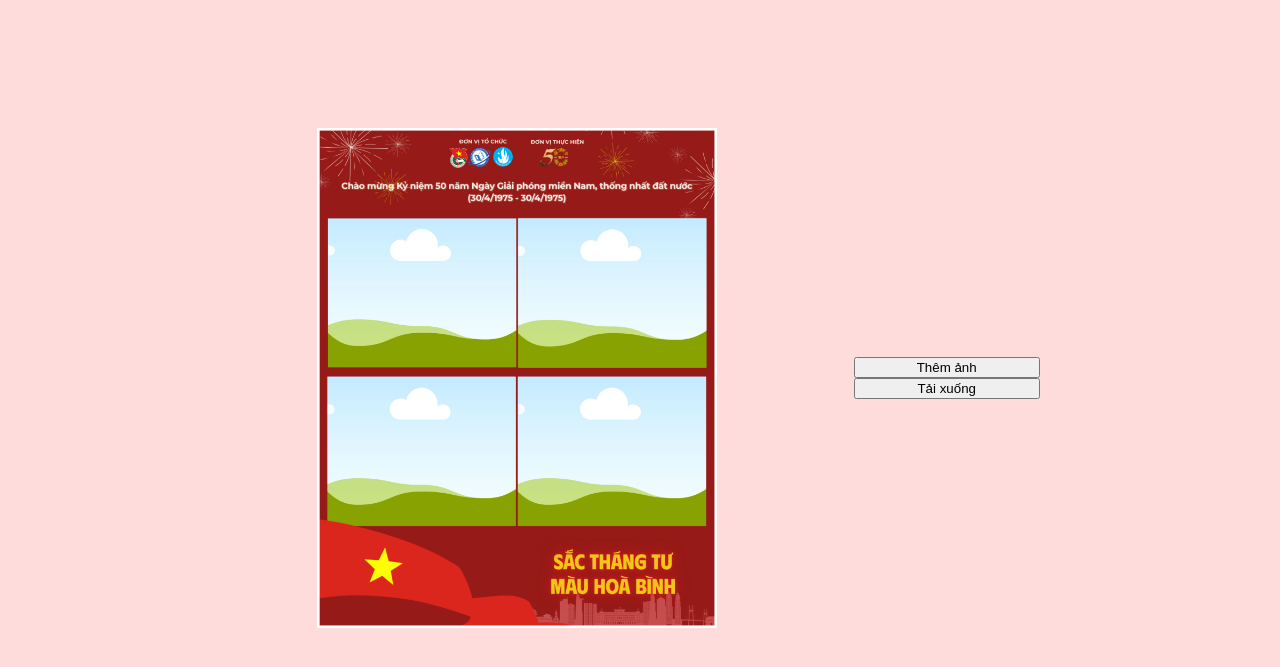
Repository: nguyentambinh/tuoitretdmu
Page: http://localhost/
These files come from the project's save history. The page is drawn as it stood at one moment and after the next save; the edit follows.
The browser window is 1280 px wide. The pictures show the whole page.
The page is run by PHP 8.4 with error messages shown; the project is at /var/www/html/.

Above is the page before, as saved 2025-04-10 12:56:47.

### index.php
<!DOCTYPE html>
<html lang="en">
<head>
    <meta charset="UTF-8">
    <meta name="viewport" content="width=device-width, initial-scale=1.0">
    <link rel="stylesheet" href="main.css">
    <script src="main.js"></script>
    <title></title>
</head>
<body>
    <div class = "container-box">
        <div class="background-box">

        </div>
        <div class="control-box">
            <button class="btn-add-picture">Thêm ảnh</button>
            <button class="btn-dowload-picture">Tải xuống</button>
        </div>
    </div>

</body>
</html>

### main.css
body{
    background-color: #ffdcdc;
    width: 80%;
    margin: 0 auto;
    margin-top: 10%;
    align-items: center;
    display: flex;
    justify-content: center;
}

.background-box{
    display: flex;
    justify-content: center;

    background-position: center;
    background-image: url('./picture/FRAMEPHOTOBOOTH304.png');
    background-size: contain;
    background-repeat: no-repeat;
}
.container-box{
    display: grid;
    display: grid;
    grid-template-columns: 70% 30%;
    gap: 20px;
    width: 80%;
    height: 500px;
}
.control-box{
    display: flex;
    justify-content: center;
    align-content: center;
    flex-direction: column;
    margin: 0 30px;
}
.btn-custom{
    background-color: #961A17;
    border-radius: 15px;
    font-weight: bold;
    font-family: system-ui, -apple-system, BlinkMacSystemFont, 'Segoe UI', Roboto, Oxygen, Ubuntu, Cantarell, 'Open Sans', 'Helvetica Neue', sans-serif;
    width: 70%;
    height: 30px;
}
.btn-dowload-picture{

}
.btn-add-picture{

}

Loaded but not shown: main.js (no copy from this time; the picture is the same without it)

After the next save:
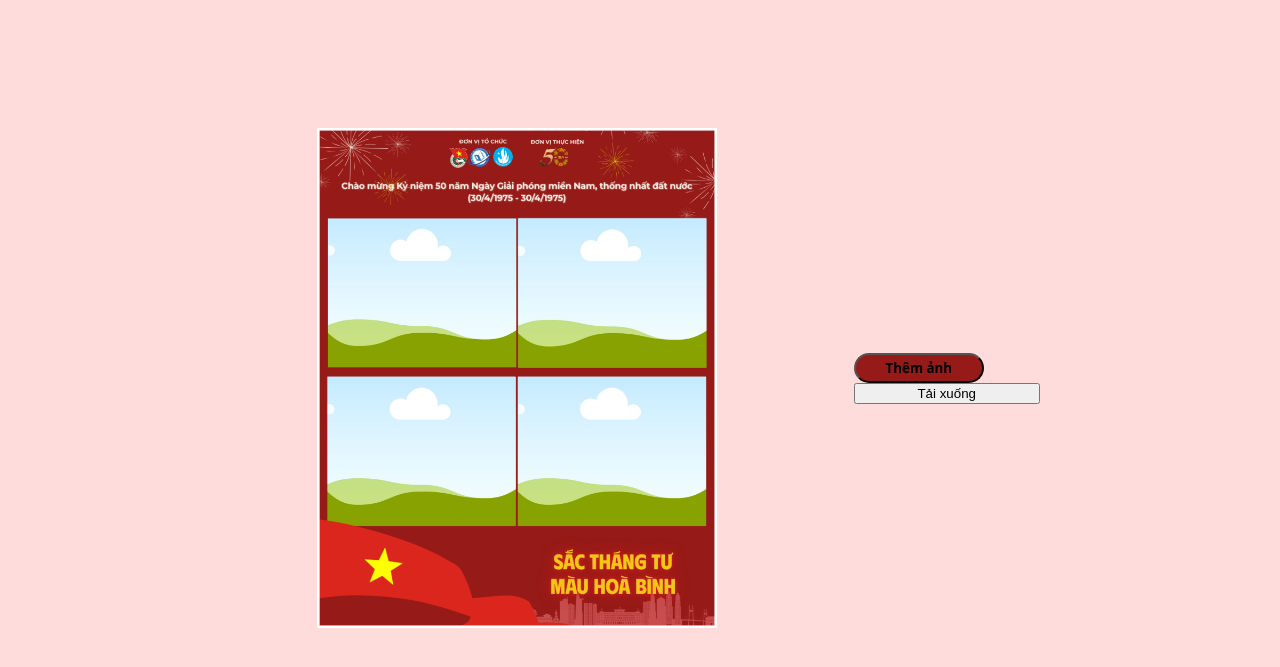
Saved 8 s later.
--- a/index.php
+++ b/index.php
@@ -13,7 +13,7 @@
 
         </div>
         <div class="control-box">
-            <button class="btn-add-picture">Thêm ảnh</button>
+            <button class="btn-custom btn-add-picture">Thêm ảnh</button>
             <button class="btn-dowload-picture">Tải xuống</button>
         </div>
     </div>
